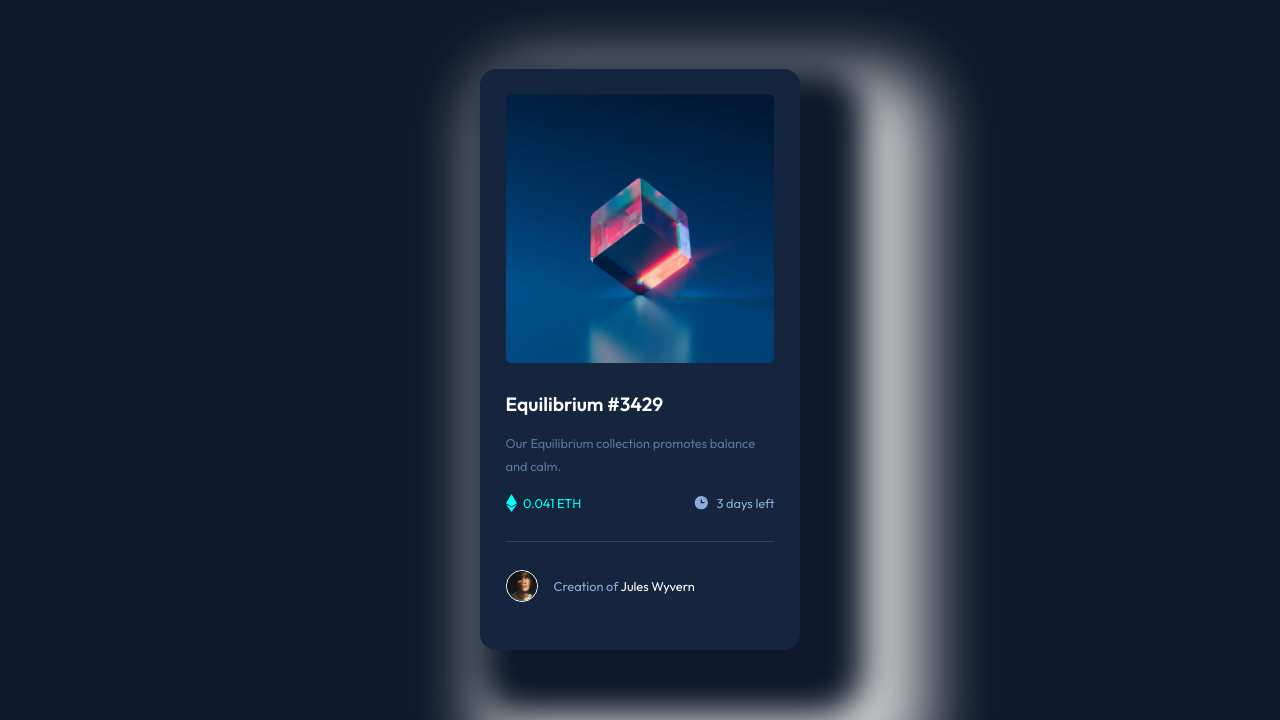
Repository: thaibaocoder1/nft-preview-card-component
Page: index.html
The author's editor kept a copy of each file at every save. The page is drawn from the files as they stood at one save, then again after the next save.
The browser window is 1280 px wide. The pictures show the whole page.

Above is the page before, as saved 2023-01-06 19:08:36.

After the next save:
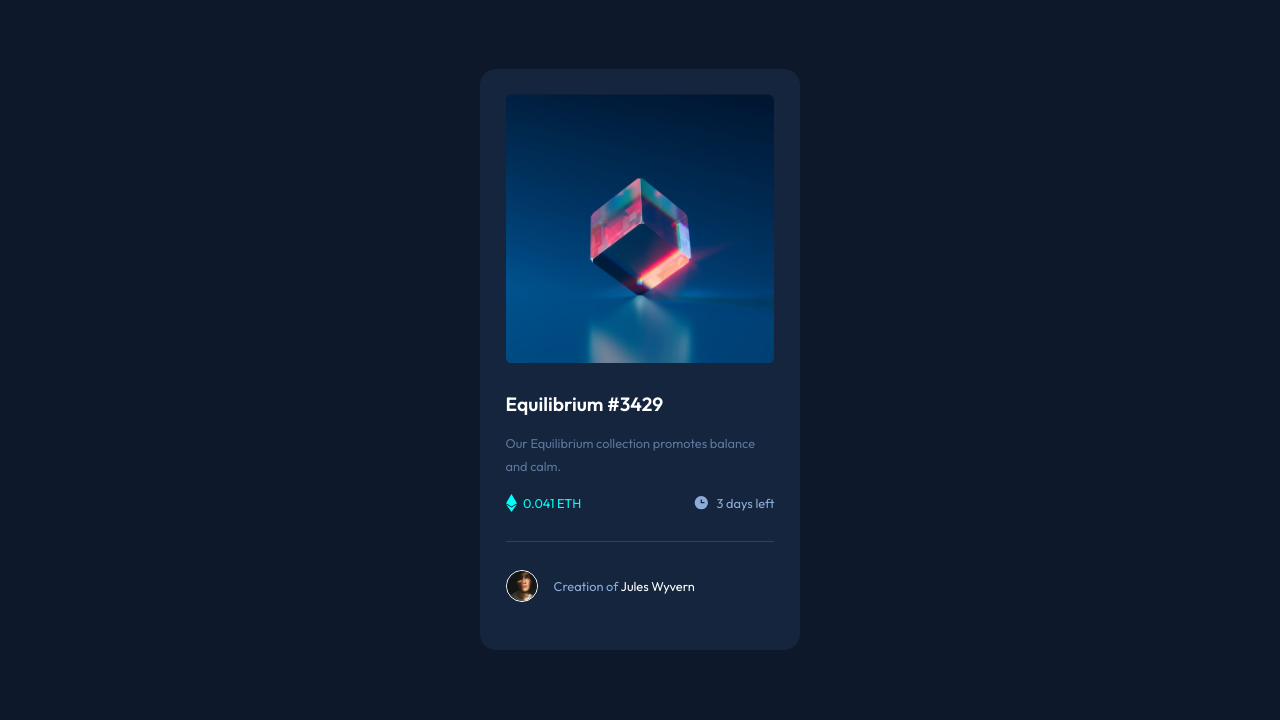
Saved 94 s later.
--- a/style.css
+++ b/style.css
@@ -29,7 +29,7 @@ body {
     text-align: center;
     border-radius: 1rem;
     box-shadow: 2rem 2rem 2rem 2rem var(--very-dark-blue-main),
-    4rem 4rem 4rem 4rem #ccc;
+    0  #ccc;
 }
 .container .container-img {
     width: 20rem;
